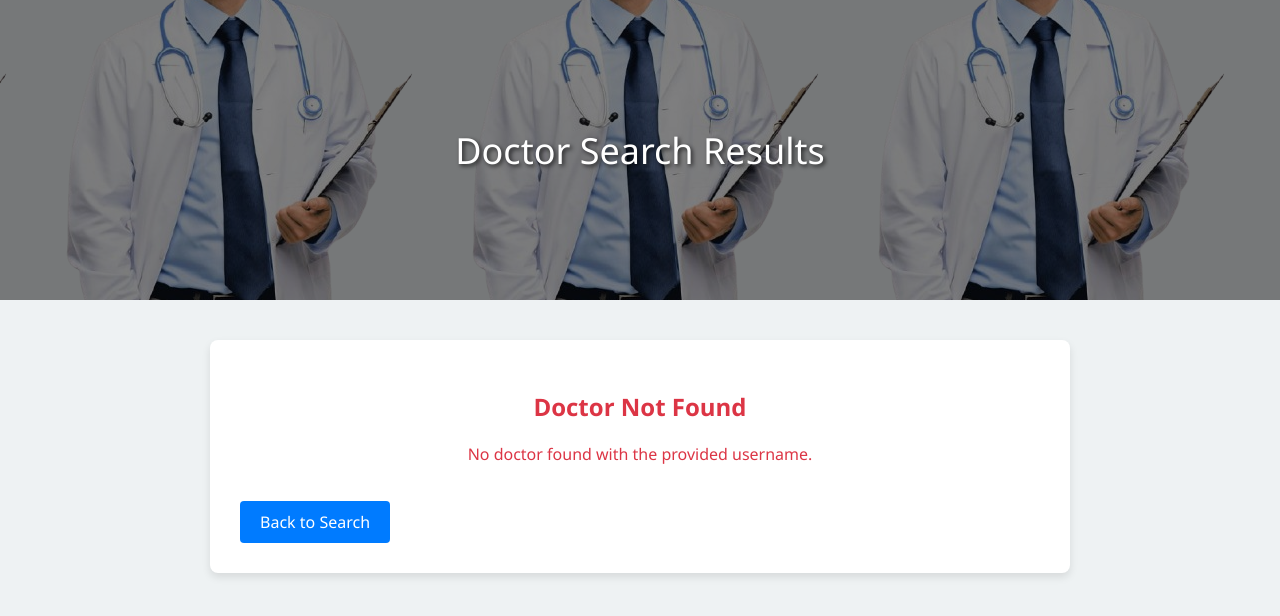
Repository: AriaFantom/Minor-Project
Page: http://localhost/Project/result.jsp
An editor plug-in stored every save of this project. The page is shown before and after the next save, followed by the edit.
The browser window is 1280 px wide. The pictures show the whole page.
The page is served by Tomcat 10. The template is opened directly, without the code that normally fills it, so the values that code supplies are empty.

Above is the page before, as saved 2025-01-14 18:57:20.

After the next save:
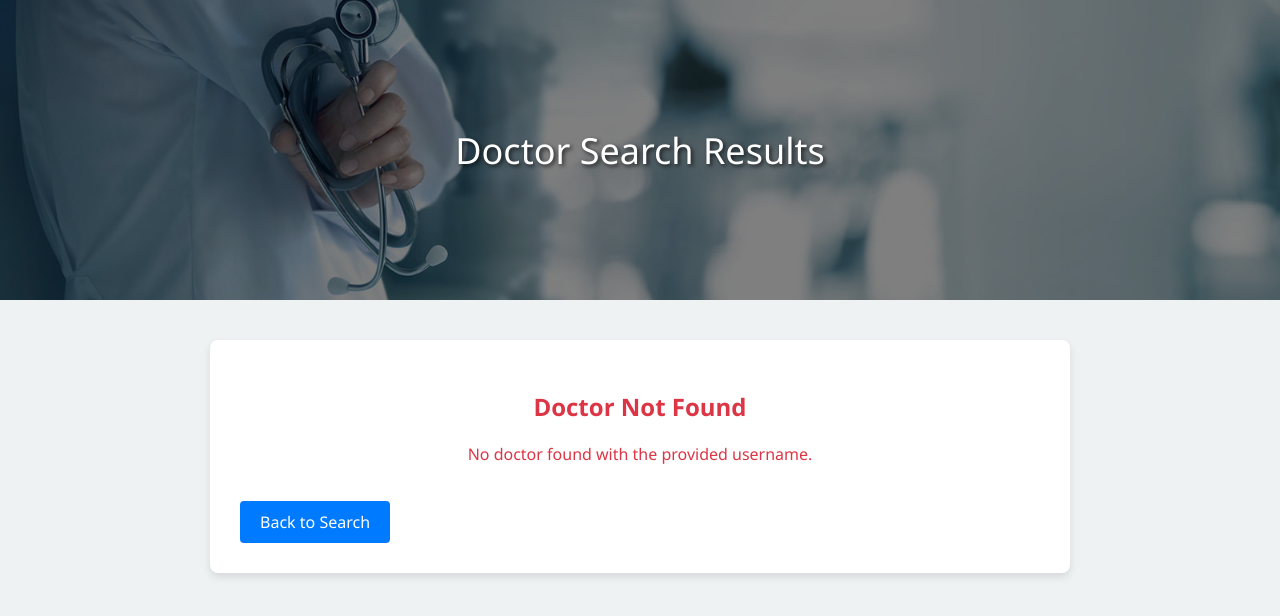
Saved 26 s later.
--- a/Project/src/main/webapp/result.jsp
+++ b/Project/src/main/webapp/result.jsp
@@ -16,8 +16,8 @@
             position: relative;
             width: 100%;
             height: 300px;
-            background-image: url('assets/hero.png');
-
+            background-image: url('assets/bg2.jpg');
+            background-size: cover;
             background-position: center;
             display: flex;
             align-items: center;
